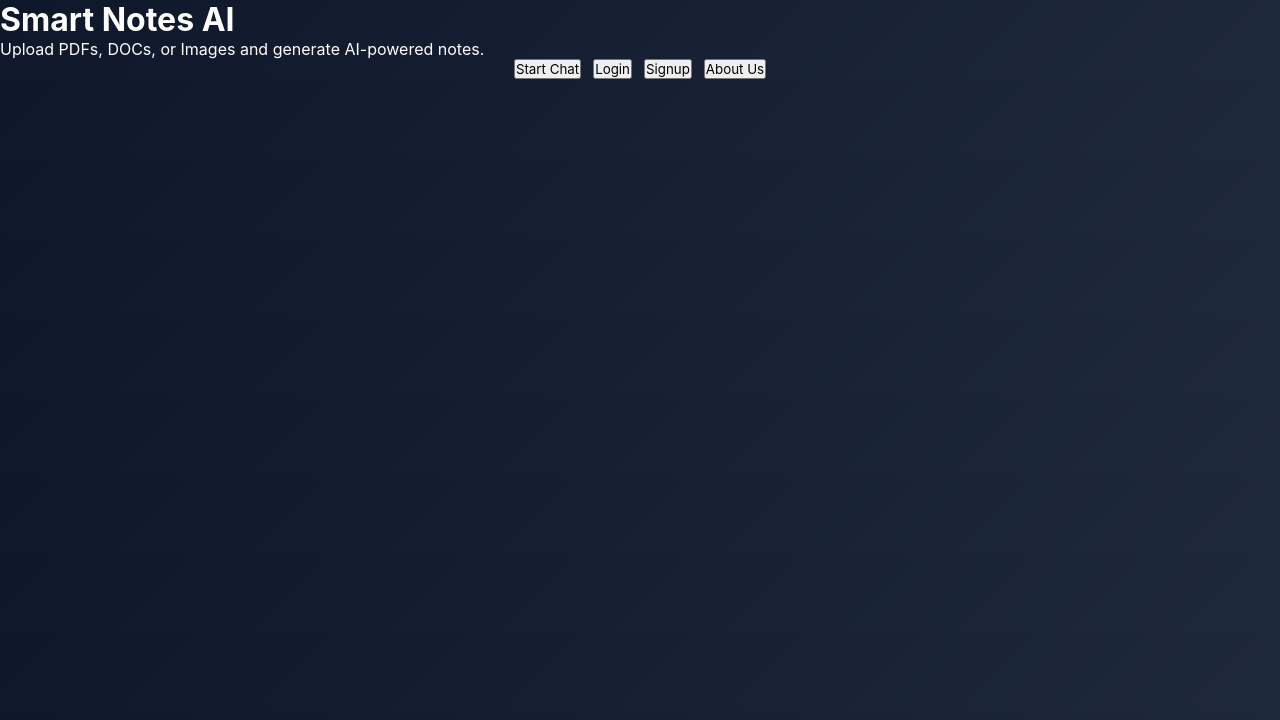
Repository: Nikhilesh-Attal/smart-notes-ai
Page: / (app in frontend/)
An editor plug-in stored every save of this project. The page is shown before and after a run of saves, followed by the edit.
The browser window is 1280 px wide. The pictures show the whole page.
The project was rebuilt for these pictures with package versions that can differ from the ones it lists, and the page was loaded fresh each time. Also part of the build but not shown: frontend/vite.config.ts, frontend/src/pages/chat.css, frontend/src/pages/chat.tsx, frontend/src/pages/auth.css, frontend/src/pages/Login.tsx, frontend/src/pages/Signup.tsx, frontend/src/pages/About.tsx.

Above is the page before, as saved 2026-02-24 15:51:10.

After the next 3 saves:
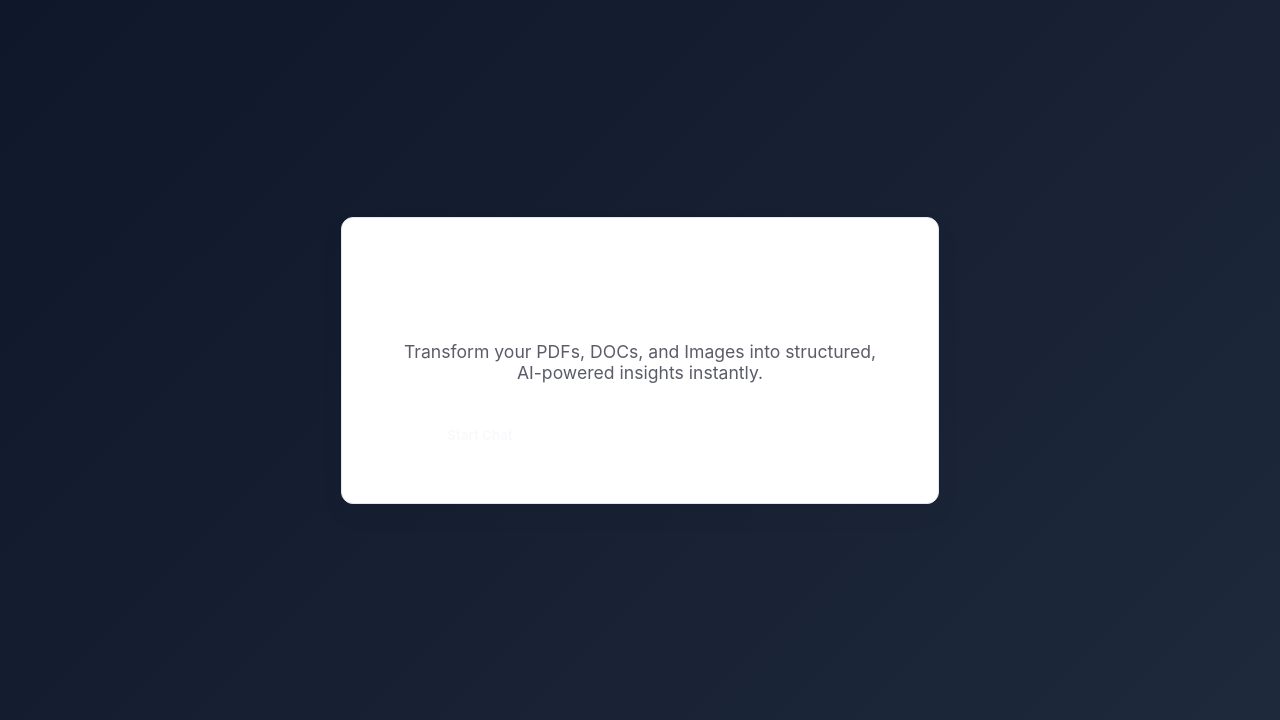
The 3 saves are shown as one change because they came seconds apart.
The last was saved 50 s later.
--- a/frontend/src/pages/Home.tsx
+++ b/frontend/src/pages/Home.tsx
@@ -1,22 +1,48 @@
-import { useNavigate } from "react-router-dom";
-import "./Home.css";
+// import { useNavigate } from "react-router-dom";
+// import "./Home.css";
 
-function Home() {
-  const navigate = useNavigate();
+// function Home() {
+//   const navigate = useNavigate();
 
+//   return (
+//     <div className="home">
+//       <h1>Smart Notes AI</h1>
+//       <p>Upload PDFs, DOCs, or Images and generate AI-powered notes.</p>
+
+//       <div className="home-buttons">
+//         <button onClick={() => navigate("/chat")}>Start Chat</button>
+//         <button onClick={() => navigate("/login")}>Login</button>
+//         <button onClick={() => navigate("/signup")}>Signup</button>
+//         <button onClick={() => navigate("/about")}>About Us</button>
+//       </div>
+//     </div>
+//   );
+// }
+
+// export default Home;
+
+import React from 'react';
+import './Home.css';
+
+const Home: React.FC = () => {
   return (
-    <div className="home">
-      <h1>Smart Notes AI</h1>
-      <p>Upload PDFs, DOCs, or Images and generate AI-powered notes.</p>
+    <div className="home-container">
+      <div className="home-card">
+        <h1 className="home-title">Smart Notes AI</h1>
+        <p className="home-subtitle">
+          Transform your PDFs, DOCs, and Images into structured,
+          AI-powered insights instantly.
+        </p>
 
-      <div className="home-buttons">
-        <button onClick={() => navigate("/chat")}>Start Chat</button>
-        <button onClick={() => navigate("/login")}>Login</button>
-        <button onClick={() => navigate("/signup")}>Signup</button>
-        <button onClick={() => navigate("/about")}>About Us</button>
+        <div className="home-buttons">
+          <button className="btn-primary">Start Chat</button>
+          <button className="btn-outline">Login</button>
+          <button className="btn-outline">Signup</button>
+          <button className="btn-outline">About Us</button>
+        </div>
       </div>
     </div>
   );
-}
+};
 
 export default Home;
